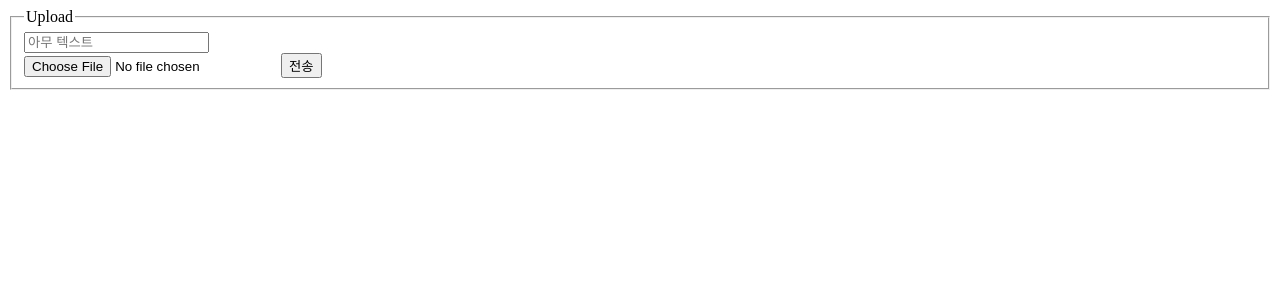
Repository: eunyoming/KDT
Page: http://localhost/Day05_File/
An editor plug-in stored every save of this project. The page is shown before and after the next save, followed by the edit.
The browser window is 1280 px wide. The pictures show the whole page.
The page is served by Tomcat 9. Other server files are loaded and not shown.

Above is the page before, as saved 2025-09-15 05:37:43.

### Day05_File/src/main/webapp/WEB-INF/views/home.jsp
<%@ page language="java" contentType="text/html; charset=UTF-8"
    pageEncoding="UTF-8"%>
<%@ taglib prefix="c" uri="http://java.sun.com/jsp/jstl/core"%>
<!DOCTYPE html>
<html>
<head>
<meta charset="UTF-8">
<title>Insert title here</title>

<!-- JQuery -->
<script src="https://code.jquery.com/jquery-3.7.1.min.js"
            integrity="sha256-/JqT3SQfawRcv/BIHPThkBvs0OEvtFFmqPF/lYI/Cxo=" crossorigin="anonymous"></script>

</head>
<body>
	<fieldset>
		<legend>Upload</legend>
		<form action="/file/upload" method="post" enctype="multipart/form-data">
			<input type="text" name="text" placeholder="아무 텍스트"><br>
			<input type="file" name="file">
			<button>전송</button>
		</form>
	</fieldset>
</body>
</html>

After the next save:
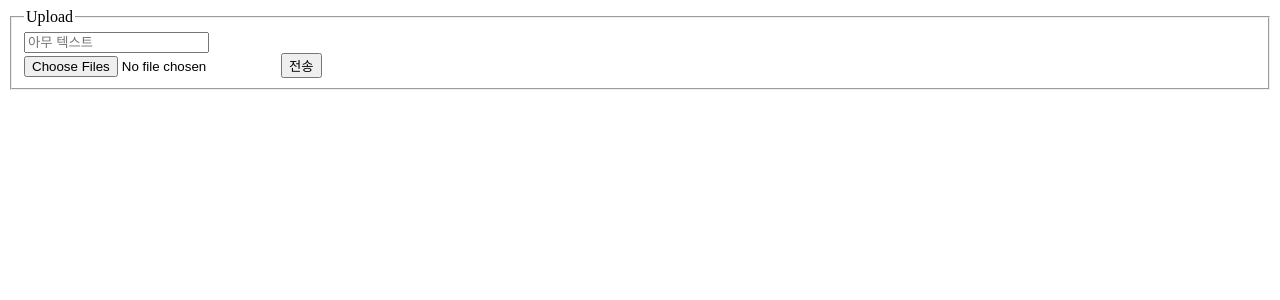
Saved 14 min 43 s later.
--- a/Day05_File/src/main/webapp/WEB-INF/views/home.jsp
+++ b/Day05_File/src/main/webapp/WEB-INF/views/home.jsp
@@ -17,7 +17,7 @@
 		<legend>Upload</legend>
 		<form action="/file/upload" method="post" enctype="multipart/form-data">
 			<input type="text" name="text" placeholder="아무 텍스트"><br>
-			<input type="file" name="file">
+			<input type="file" name="file" multiple>
 			<button>전송</button>
 		</form>
 	</fieldset>
